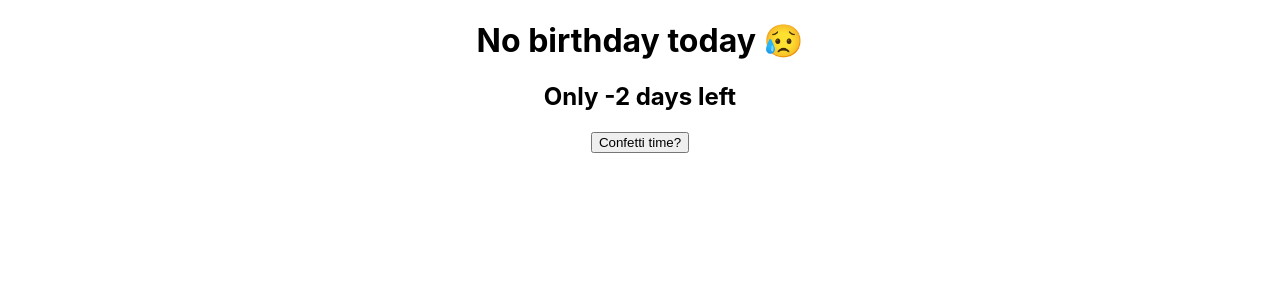
Repository: David-Waite/HannahsBirthdayWebsite
Page: /
An editor plug-in stored every save of this project. The page is shown before and after the next save, followed by the edit.
The browser window is 1280 px wide. The pictures show the whole page.
The project was rebuilt for these pictures with package versions that can differ from the ones it lists, and the page was loaded fresh each time.

Above is the page before, as saved 2023-03-30 18:01:12.

### src/App.js
import "./App.css";

import Confetti from "react-confetti";

import { useState } from "react";

function App() {
  const [confetti, setConfetti] = useState(null);
  const [buttonText, setButtonText] = useState("Confetti time?");
  function isBirthdayToday() {
    const date = new Date();
    if (date.getMonth() === 3 && date.getDate() === 5) {
      return true;
    }
    return false;
  }

  function rainConfetti() {
    if (isBirthdayToday()) {
      setConfetti(true);
      setButtonText("Confetti time!");
    } else {
      setButtonText("no");
    }
  }

  function getDaysUntilBirthday() {
    const date = new Date();
    const hannahBday = new Date(date.getFullYear(), 2, 29);
    const oneDay = 1000 * 60 * 60 * 24;
    let daysUntilBirthday;
    if (hannahBday < date) {
      daysUntilBirthday =
        Math.ceil(hannahBday.getTime() - date.getTime()) / oneDay;
    }

    return daysUntilBirthday;
  }

  // 5th april
  let birthdayText;
  if (isBirthdayToday()) {
    birthdayText = <h1>Happy birthday!🥳</h1>;
  } else {
    birthdayText = (
      <>
        <h1>No birthday today 😥</h1>
        <h2>Only {Math.floor(getDaysUntilBirthday())} days left</h2>
      </>
    );
  }
  console.log(isBirthdayToday());
  const date = new Date();

  return (
    <div className="App">
      {confetti && <Confetti />}

      {birthdayText}
      <button onClick={rainConfetti}>{buttonText}</button>
    </div>
  );
}

export default App;

Loaded but not shown: public/index.html (common file); src/index.js (common file); src/index.css (common file); src/reportWebVitals.js (common file); src/App.css (common file)

After the next save:
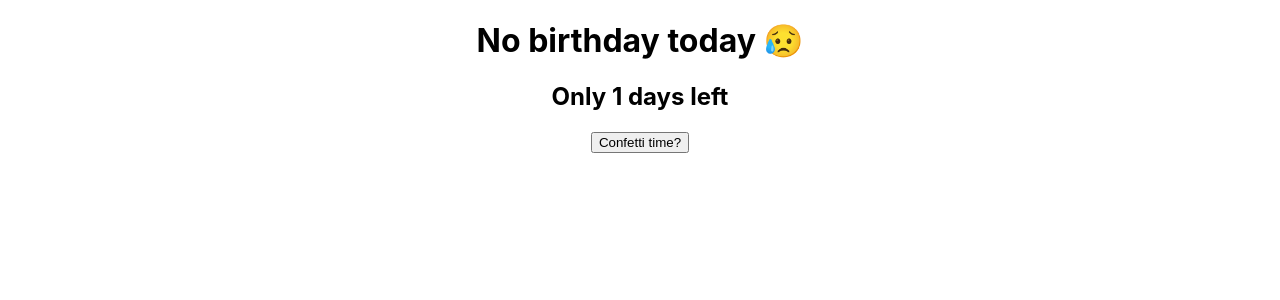
Saved 77 s later.
--- a/src/App.js
+++ b/src/App.js
@@ -31,7 +31,7 @@
     let daysUntilBirthday;
     if (hannahBday < date) {
       daysUntilBirthday =
-        Math.ceil(hannahBday.getTime() - date.getTime()) / oneDay;
+        Math.ceil(date.getTime() - hannahBday.getTime()) / oneDay;
     }
 
     return daysUntilBirthday;

After the save that followed:
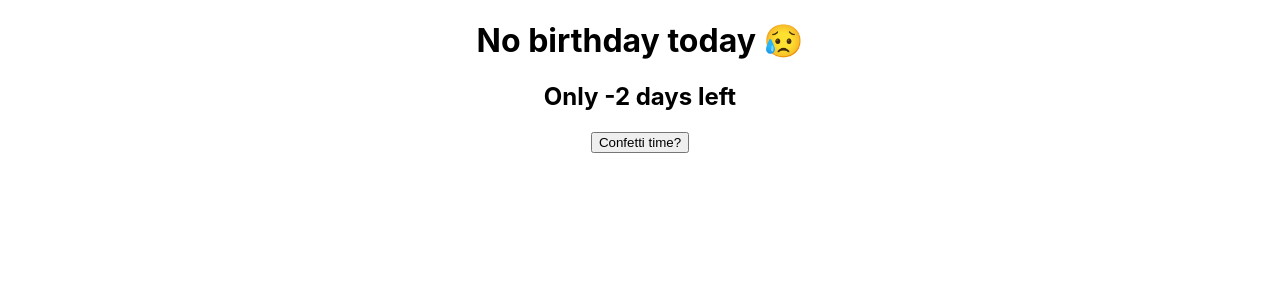
Saved 21 s later.
--- a/src/App.js
+++ b/src/App.js
@@ -31,7 +31,7 @@
     let daysUntilBirthday;
     if (hannahBday < date) {
       daysUntilBirthday =
-        Math.ceil(date.getTime() - hannahBday.getTime()) / oneDay;
+        Math.ceil(hannahBday.getTime() - date.getTime()) / oneDay;
     }
 
     return daysUntilBirthday;
